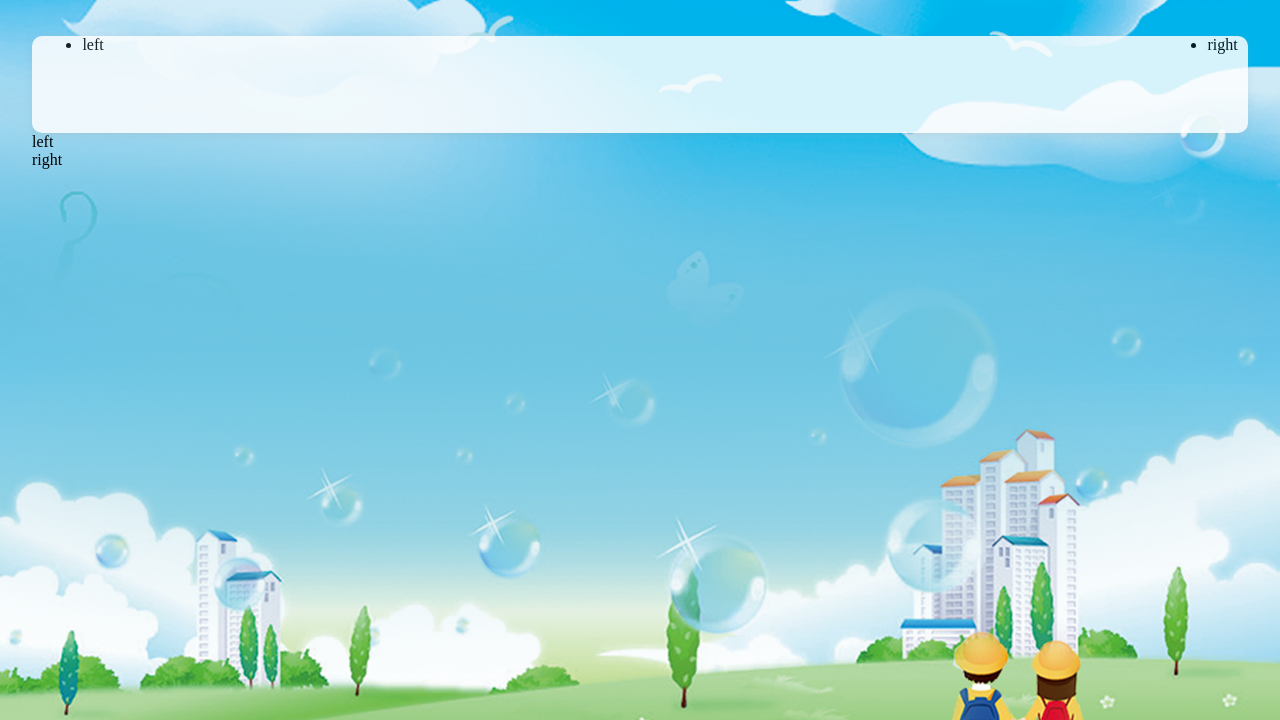
Repository: huangdesheng/classBrand
Page: / (app in classBrand/)
These files come from the project's save history. The page is drawn as it stood at one moment and after the next save; the edit follows.
The browser window is 1280 px wide. The pictures show the whole page.
The project was rebuilt for these pictures with package versions that can differ from the ones it lists, and the page was loaded fresh each time.

Above is the page before, as saved 2019-08-23 09:48:55.

### classBrand/index.html
<!DOCTYPE html>
<html>
  <head>
    <meta charset="utf-8">
    <meta name="viewport" content="width=device-width,initial-scale=1.0">
    <title>classbrand</title>
  </head>
  <body>
    <div id="app"></div>
    <!-- built files will be auto injected -->
  </body>
</html>

### classBrand/src/App.vue
<template>
  <div id="app">
    <router-view />
  </div>
</template>

<script>
export default {
  name: "App"
};
</script>

<style lang="less">
.bt {
  width: 100vw;
  height: 100vh;
  background: url(./assets/bg/bg.png);
  background-size: 100% 100%;
  background-repeat: no-repeat;
  background-position: center;
  position: fixed;
  left: 0;
  top: 0;
  display: flex;
  justify-content: center;
  align-items: center;
}
#app {
  .bt;
}
</style>

### classBrand/src/router/index.js
import Vue from 'vue'
import Router from 'vue-router'
import index from '@/views/index'

Vue.use(Router)

export default new Router({
  routes: [{
    path: '/',
    name: 'index',
    component: index
  }]
})

### classBrand/src/views/index/index.vue
<template>
  <div id="index">
    <header>
      <ul>
        <li>left</li>
        <li>right</li>
      </ul>
    </header>
    <section>
      <aside>left</aside>
      <aside>right</aside>
    </section>
  </div>
</template>

<script>
export default {};
</script>

<style lang="less" scoped>
.bt {
  background: rgba(255, 255, 255, 1);
  box-shadow: 0px 2px 7px 0px rgba(161, 157, 157, 0.23);
  opacity: 0.84;
  border-radius: 10px;
}
#index {
  width: 95%;
  height: 90%;
  header {
    .bt;
    height: 15%;
    width: 100%;
    > ul {
      width: 95%;
      margin: 0 auto;
      display: flex;
      justify-content: space-between;
      align-items: center;
    }
  }
}
</style>

Loaded but not shown: classBrand/src/main.js (common file)

After the next save:
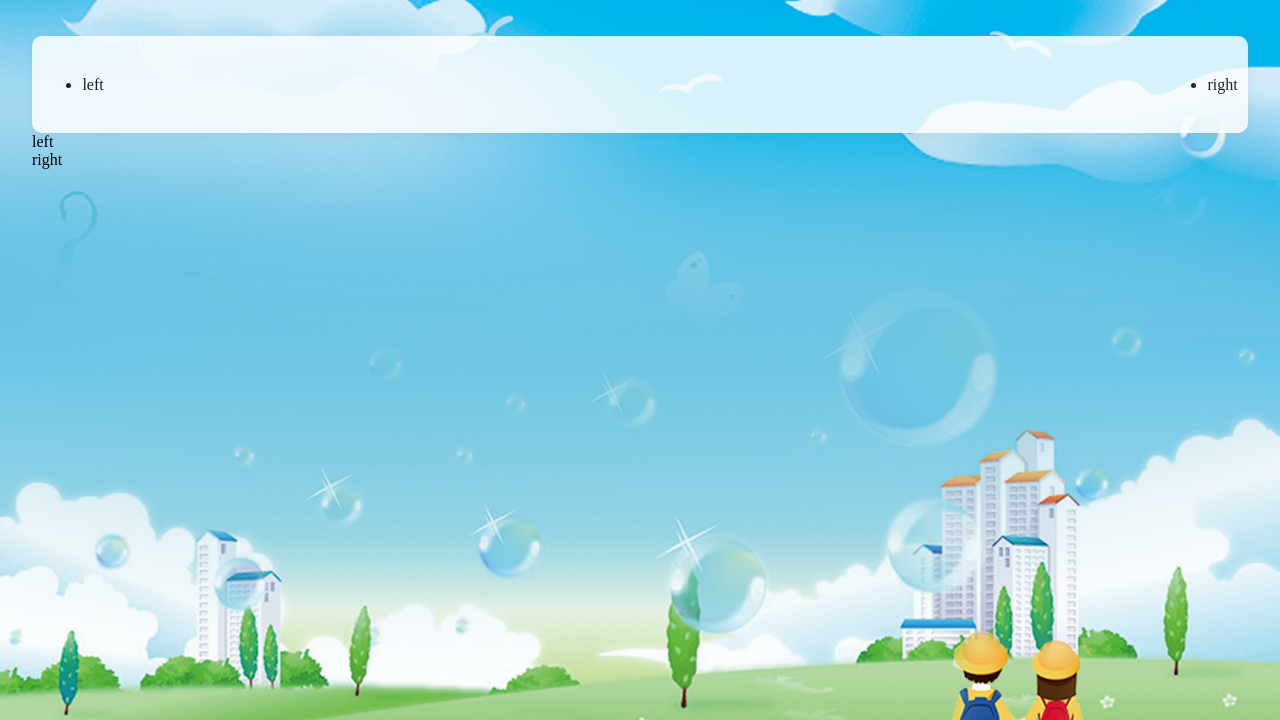
Saved 23 s later.
--- a/classBrand/src/views/index/index.vue
+++ b/classBrand/src/views/index/index.vue
@@ -33,6 +33,7 @@ export default {};
     width: 100%;
     > ul {
       width: 95%;
+      height: 100%;
       margin: 0 auto;
       display: flex;
       justify-content: space-between;
